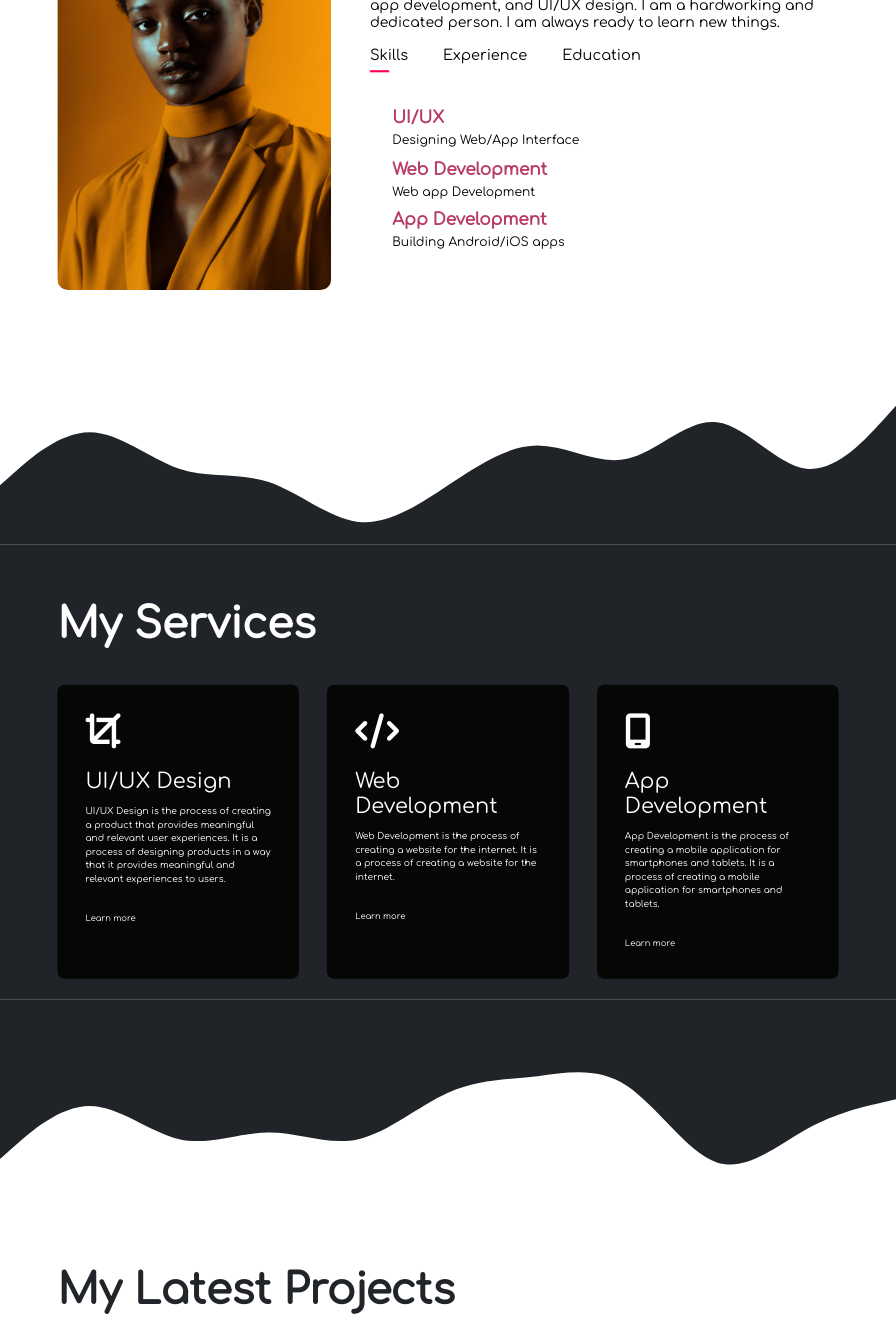
Repository: MMALI3287/Resume
Page: index.html
These files come from the project's save history. The page is drawn as it stood at one moment and after the next save; the edit follows.
The browser window is 1280 px wide. The pictures show the part of the page from y = 3756 to 5676 px (the page is 7121 px tall), at 70% of full size.
Some web libraries are served in a nearby version.

Above is the page before, as saved 2023-07-16 02:20:33.

### index.html
<!DOCTYPE html>
<html lang="en">
  <head>
    <meta charset="UTF-8" />
    <meta name="viewport" content="width=device-width, initial-scale=1.0" />
    <link rel="stylesheet" href="css/bootstrap.css" />
    <link rel="stylesheet" href="css/style.css" />
    <title>Musaddique Ali - Web Development, Programmer </title>
  <link rel="stylesheet" href="css/style.css" />
  <script src="https://kit.fontawesome.com/03ffe29f8b.js" crossorigin="anonymous"></script>
  <!-- Google tag (gtag.js) -->
<script async src="https://www.googletagmanager.com/gtag/js?id=G-VLNF64TM34"></script>
<script>
  window.dataLayer = window.dataLayer || [];
  function gtag(){dataLayer.push(arguments);}
  gtag('js', new Date());

  gtag('config', 'G-VLNF64TM34');
</script>
  </head>
  <body>
    <div id="header">
      <nav class="navbar navbar-expand-lg position-fixed top-0 w-100">
        <div class="container-fluid">
          <a class="navbar-brand logo text-light" href="#">MrMMALI</a>
          <button
            class="navbar-toggler"
            type="button"
            data-bs-toggle="collapse"
            data-bs-target="#navbarNav"
            aria-controls="navbarNav"
            aria-expanded="false"
            aria-label="Toggle navigation"
          >
            <span class="navbar-toggler-icon"></span>
          </button>
          <div class="collapse navbar-collapse" id="navbarNav">
            <ul class="navbar-nav">
              <li class="nav-item">
                <a
                  class="nav-link active text-light"
                  aria-current="page"
                  href="#"
                  >Home</a
                >
              </li>
              <li class="nav-item">
                <a class="nav-link text-light" href="#portfolio">Portfolio</a>
              </li>
              <li class="nav-item">
                <a class="nav-link text-light" href="#expertise">Expertise</a>
              </li>
              <li class="nav-item">
                <a class="nav-link text-light" href="#about">About</a>
              </li>
              <li class="nav-item">
                <a class="nav-link text-light" href="#services">Services</a>
              </li>
              <li class="nav-item">
                <a class="nav-link text-light" href="#projects">Projects</a>
              </li>
            </ul>
          </div>
        </div>
        <div>
          <button
            class="git rounded-0"
          >
            Get in touch
          </button>
        </div>
      </nav>
      <div class="land">
        <div class="header-text">
          <p class="mb-0">MUSADDIQUE ALI</p>
        </div>
        <div class="subheader">
          <p>Software Developer</p>
        </div>
        <div class="sub">
          <p>
            Hello, my name is MD Musaddique Ali Erfan, Nice to meet you <br />
            I would like to welcome you to my personal portfolio.
          </p>
        </div>
      </div>
    </div>
    <div class="abt">
    <svg xmlns="http://www.w3.org/2000/svg" viewBox="0 100 1440 320">
      <path
        fill="#202429"
        fill-opacity="1"
        d="M0,192L48,197.3C96,203,192,213,288,234.7C384,256,480,288,576,256C672,224,768,128,864,122.7C960,117,1056,203,1152,218.7C1248,235,1344,181,1392,154.7L1440,128L1440,0L1392,0C1344,0,1248,0,1152,0C1056,0,960,0,864,0C768,0,672,0,576,0C480,0,384,0,288,0C192,0,96,0,48,0L0,0Z"
      ></path>
    </svg>
    <div class="container" id="portfolio">
      <div class="row">
        <div class="col-md-3">
          <p class="biog">Biography</p>
          <p class="subtext">
            I am Musaddique, A software developer <br />
            From Bangladesh
          </p>
          <p>Contact</p>
          <p class="subtext">
            Rampura,Dhaka <br />erfanali3287@gmail.com <br />+8801793515517
          </p>
          <p>Services</p>
          <p class="subtext bot">
            Website Design <br />Mobile application Development <br />Game
            Development
          </p>
        </div>
        <div class="col-md-6 capbord">
          <div id="capsule"></div>
        </div>
        <div class="col-md-3">
          <p class="biog text-end">Years of Experience</p>
          <p class="subtext2 text-end">2 years</p>
          <p class="text-end">Satisfaction Client</p>
          <p class="subtext2 text-end">100%</p>
          <p class="text-end">Volunteer Works</p>
          <p class="subtext2 text-end">5+</p>
          <p class="text-end">Projects</p>
          <p class="subtext2 text-end">10+</p>
        </div>
      </div>
    </div>
    <svg xmlns="http://www.w3.org/2000/svg" viewBox="0 0 1440 320"><path fill="#202429" fill-opacity="1" d="M0,256L24,229.3C48,203,96,149,144,144C192,139,240,181,288,197.3C336,213,384,203,432,218.7C480,235,528,277,576,272C624,267,672,213,720,202.7C768,192,816,224,864,202.7C912,181,960,107,1008,112C1056,117,1104,203,1152,208C1200,213,1248,139,1296,122.7C1344,107,1392,149,1416,170.7L1440,192L1440,320L1416,320C1392,320,1344,320,1296,320C1248,320,1200,320,1152,320C1104,320,1056,320,1008,320C960,320,912,320,864,320C816,320,768,320,720,320C672,320,624,320,576,320C528,320,480,320,432,320C384,320,336,320,288,320C240,320,192,320,144,320C96,320,48,320,24,320L0,320Z"></path></svg>

    <div class="advantage bg-dark text-center" id="expertise">
      <div class="container">
        <div class="row">
          <p class="mexp">My Expertise</p>
        </div>
        <div class="row">
          <div class="col-md-2">
            <img
              src="assets/images/c-.png"
              height="100px"
              width="100px"
              alt="c++"
            />
            <br />
            <p class="text-light h1 mb-5 mt-5 fw-bold">91%</p>
            <p class="text-light h5 p-5">C++</p>
          </div>
          <div class="col-md-2">
            <img
              src="assets/images/android-icon.svg"
              height="100px"
              width="100px"
              alt="c++"
            /><br />
            <p class="text-light h1 mb-5 mt-5 fw-bold">84%</p>
            <p class="text-light h5 p-5">Android</p>
          </div>
          <div class="col-md-2">
            <img
              src="assets/images/flutterio-icon.svg"
              height="100px"
              width="100px"
              alt="c++"
            /><br />
            <p class="text-light h1 mb-5 mt-5 fw-bold">78%</p>
            <p class="text-light h5 p-5">Flutter</p>
          </div>
          <div class="col-md-2">
            <img
              src="assets/images/unity.png"
              height="100px"
              width="100px"
              alt="c++"
            /><br />
            <p class="text-light h1 mb-5 mt-5 fw-bold">76%</p>
            <p class="text-light h5 p-5">Unity</p>
          </div>
          <div class="col-md-2">
            <img
              src="assets/images/ADBE.svg"
              height="100px"
              width="100px"
              alt="c++"
            /><br />
            <p class="text-light h1 mb-5 mt-5 fw-bold">83%</p>
            <p class="text-light h5 p-5">Adobe</p>
          </div>
          <div class="col-md-2">
            <img
              src="https://upload.wikimedia.org/wikipedia/commons/0/0e/Microsoft_365_%282022%29.svg"
              height="100px"
              width="100px"
              alt="c++"
            /><br />
            <p class="text-light h1 mb-5 mt-5 fw-bold">94%</p>
            <p class="text-light h5 p-5">Office</p>
          </div>
        </div>
      </div>
    </div>
  </div>

    <svg xmlns="http://www.w3.org/2000/svg" viewBox="0 0 1440 320"><path fill="#202429" fill-opacity="1" d="M0,160L48,181.3C96,203,192,245,288,250.7C384,256,480,224,576,197.3C672,171,768,149,864,165.3C960,181,1056,235,1152,250.7C1248,267,1344,245,1392,234.7L1440,224L1440,0L1392,0C1344,0,1248,0,1152,0C1056,0,960,0,864,0C768,0,672,0,576,0C480,0,384,0,288,0C192,0,96,0,48,0L0,0Z"></path></svg>

    <!-- * about -->
  <div id="about">
    <div class="container">
      <div class="rowc">
        <div class="about-col-1">
          <img src="assets/images/capsule.jpg" alt="user" />
        </div>
        <div class="about-col-2">
          <h2 class="sub-title text-dark">About Me</h2>
          <p class="h5 fw-500">
            I am a software developer. I have been working as a software developer for 6 months. I have
            experience in web development, app development, and UI/UX design. I am a hardworking and
            dedicated person. I am always ready to learn new things.
          </p>
          <div class="tab-titles">
            <p class="tab-links active-link" onclick="opentab('skills')">Skills</p>
            <p class="tab-links" onclick="opentab('experience')"">Experience</p>
              <p class=" tab-links" onclick="opentab('education')"">Education</p>
            </div>
            <div class=" tab-contents active-tab" id="skills">
            <ul>
              <li><span>UI/UX</span><br />Designing Web/App Interface</li>
              <li><span>Web Development</span><br />Web app Development</li>
              <li>
                <span>App Development</span><br />Building Android/iOS apps
              </li>
            </ul>
          </div>
          <div class="tab-contents" id="experience">
            <ul>
              <li>
                <span>2022 - Current</span><br />Software Developer Intern at
                TETON Pvt ltd
              </li>
            </ul>
          </div>
          <div class="tab-contents" id="education">
            <ul>
              <li>
                <span>Current</span><br />BSc. from Ahsanullah University of
                Science and Technology
              </li>
              <li>
                <span>2020</span> <br />
                HSC from Saint Joseph Higher Secondary School and College
              </li>
              <li>
                <span>2018</span><br />SSC from Ideal School and College
              </li>
            </ul>
          </div>
        </div>
      </div>
    </div>
  </div>
  <svg xmlns="http://www.w3.org/2000/svg" viewBox="0 0 1440 320"><path fill="#202429" fill-opacity="1" d="M0,224L24,202.7C48,181,96,139,144,138.7C192,139,240,181,288,197.3C336,213,384,203,432,218.7C480,235,528,277,576,282.7C624,288,672,256,720,224C768,192,816,160,864,160C912,160,960,192,1008,181.3C1056,171,1104,117,1152,122.7C1200,128,1248,192,1296,197.3C1344,203,1392,149,1416,122.7L1440,96L1440,320L1416,320C1392,320,1344,320,1296,320C1248,320,1200,320,1152,320C1104,320,1056,320,1008,320C960,320,912,320,864,320C816,320,768,320,720,320C672,320,624,320,576,320C528,320,480,320,432,320C384,320,336,320,288,320C240,320,192,320,144,320C96,320,48,320,24,320L0,320Z"></path></svg>


  <!-- * services -->
  <div id="services">
    <div class="container">
      <h2 class="sub-title">My Services</h2>
      <div class="services-list">
        <div>
          <i class="fa-solid fa-crop"></i>
          <h2>UI/UX Design</h2>
          <p>
            UI/UX Design is the process of creating a product that provides meaningful and relevant user experiences. It is a process of designing products in a way that it provides meaningful and relevant experiences to users.
          </p>
          <a href="#">Learn more</a>
        </div>
        <div>
          <i class="fa-solid fa-code"></i>
          <h2>Web Development</h2>
          <p>
            Web Development is the process of creating a website for the internet. It is a process of creating a website for the internet.
          </p>
          <a href="#">Learn more</a>
        </div>
        <div>
          <i class="fa-solid fa-mobile-screen"></i>
          <h2>App Development</h2>
          <p>
            App Development is the process of creating a mobile application for smartphones and tablets. It is a process of creating a mobile application for smartphones and tablets.
          </p>
          <a href="#">Learn more</a>
        </div>
      </div>
    </div>
  </div>
<svg xmlns="http://www.w3.org/2000/svg" viewBox="0 0 1440 320"><path fill="#202429" fill-opacity="1" d="M0,256L24,234.7C48,213,96,171,144,170.7C192,171,240,213,288,224C336,235,384,213,432,213.3C480,213,528,235,576,224C624,213,672,171,720,149.3C768,128,816,128,864,122.7C912,117,960,107,1008,138.7C1056,171,1104,245,1152,261.3C1200,277,1248,235,1296,208C1344,181,1392,171,1416,165.3L1440,160L1440,0L1416,0C1392,0,1344,0,1296,0C1248,0,1200,0,1152,0C1104,0,1056,0,1008,0C960,0,912,0,864,0C816,0,768,0,720,0C672,0,624,0,576,0C528,0,480,0,432,0C384,0,336,0,288,0C240,0,192,0,144,0C96,0,48,0,24,0L0,0Z"></path></svg>

  <!-- -------------------portfolio------------------- -->
  <div id="portfolio">
    <div class="container">
      <h2 class="sub-title text-dark">My Latest Projects</h2>
      <div class="work-list">
        <div class="work">
          <div class="p-2 rounded-3 border bg-danger"><img src="assets/images/wordmaestro.jpg" height="250px" alt="UX"></div>
          <div class="layer">
            <p class="text-light h1">
              Word Maestro
            </p>
            <p class="text-light h5 mt-3">
              A puzzle game made with C++ for all ages
            </p>
            <a href="https://github.com/MMALI3287/Word-Maestro"><i class="fa-sharp fa-solid fa-up-right-from-square"></i></a>
          </div>
          <p class="h4 mt-4">Word Maestro</p>
          <p class="h6">Game Development with C++</p>
        </div>
        <div class="work">
          <div class="p-2 rounded-3 border bg-danger"><img src="assets/images/resortadmin.jpg"  height="250px"  alt="Web"></div>
          <div class="layer">
            <p class="text-light h1">
              Resort Administration
            </p>
            <p class="text-light h5 mt-3">
              A database application made with MySQL and Java in NetBeans to manage a resort
            </p>
            <a href="https://github.com/MMALI3287/Resort-Administration"><i class="fa-sharp fa-solid fa-up-right-from-square"></i></a>
          </div>
          <p class="h4 mt-4">Resort Administration</p>
          <p class="h6">Software Development with Java</p>
        </div>
        <div class="work">
          <div class="p-2 rounded-3 border bg-danger"> <img src="assets/images/reuse.png"  height="250px"  alt="App"></div>
          <div class="layer">
            <p class="text-light h1">
              ReUse
            </p>
            <p class="text-light h5 mt-3">
              An android application to donate unwanted items to the needy
            </p>
            <a href="https://github.com/MMALI3287/ReUse"><i class="fa-sharp fa-solid fa-up-right-from-square"></i></a>
          </div>
          <p class="h4 mt-4">ReUse</p>
          <p class="h6">Mobile Development with Android</p>
        </div>
      </div>
      <a href="https://github.com/MMALI3287?tab=repositories" class="btnc text-dark">See more</a>
    </div>
  </div>
  <svg xmlns="http://www.w3.org/2000/svg" viewBox="0 20 1440 300"><path fill="#202429" fill-opacity="1" d="M0,128L48,160C96,192,192,256,288,272C384,288,480,256,576,250.7C672,245,768,267,864,240C960,213,1056,139,1152,133.3C1248,128,1344,192,1392,224L1440,256L1440,320L1392,320C1344,320,1248,320,1152,320C1056,320,960,320,864,320C768,320,672,320,576,320C480,320,384,320,288,320C192,320,96,320,48,320L0,320Z"></path></svg>
  <!-- -------------------contact------------------- -->
  <div id="contact">
    <div class="container">
      <div class="row">
        <div class="contact-left">
          <h2 class="sub-title">
            Contact Me
          </h2>
          <p class="text-light"><i class="fa-solid fa-envelope"></i> erfanali3287@gmail.com</p>
          <p class="text-light"><i class="fa-solid fa-phone"></i> +880 1793 515 517</p>
          <p class="text-light"><i class="fa-solid fa-location-dot"></i> Dhaka, Bangladesh</p>
          <div class="social-icons">
            <a href="https://www.facebook.com/musaddique.mmali/"><i class="fa-brands fa-facebook"></i></a>
            <a href="https://twitter.com/MusaddiqueMMALI/"><i class="fa-brands fa-twitter"></i></a>
            <a href="https://www.instagram.com/mdmusaddiquealierfan/"><i class="fa-brands fa-instagram"></i></a>
            <a href="https://www.linkedin.com/in/musaddique-ali/"><i class="fa-brands fa-linkedin"></i></a>
            <a href="https://github.com/MMALI3287/"><i class="fa-brands fa-github"></i></a>
          </div>
          <a href="images/resume.pdf" download class="btnc btn2">Download Resume</a>
        </div>
        <div class="contact-right">
          <form name="submit-to-google-sheet">
            <input type="text" name="Name" placeholder="Your Name" required>
            <input type="email" name="E-Mail" placeholder="Your Email" required>
            <textarea name="Message" rows="6" placeholder="Your Message"></textarea>
            <button type="submit" class="btnc btn2">Send</button>
          </form>
          <span id="msg"></span>
        </div>
      </div>
    </div>
      <div class="copyright">
        <p>Copyright © Musaddique Ali. Thank you for visiting <i class="fas fa-heart"></i></p>
      </div>
    </div>

    <script src="js/bootstrap.js"></script>
    <script src="js/index.js"></script>
  </body>
</html>

Loaded but not shown: css/bootstrap.css (library); js/bootstrap.js (library); js/index.js (35 lines, source omitted); css/style.css (571 lines, source omitted)

After the next save:
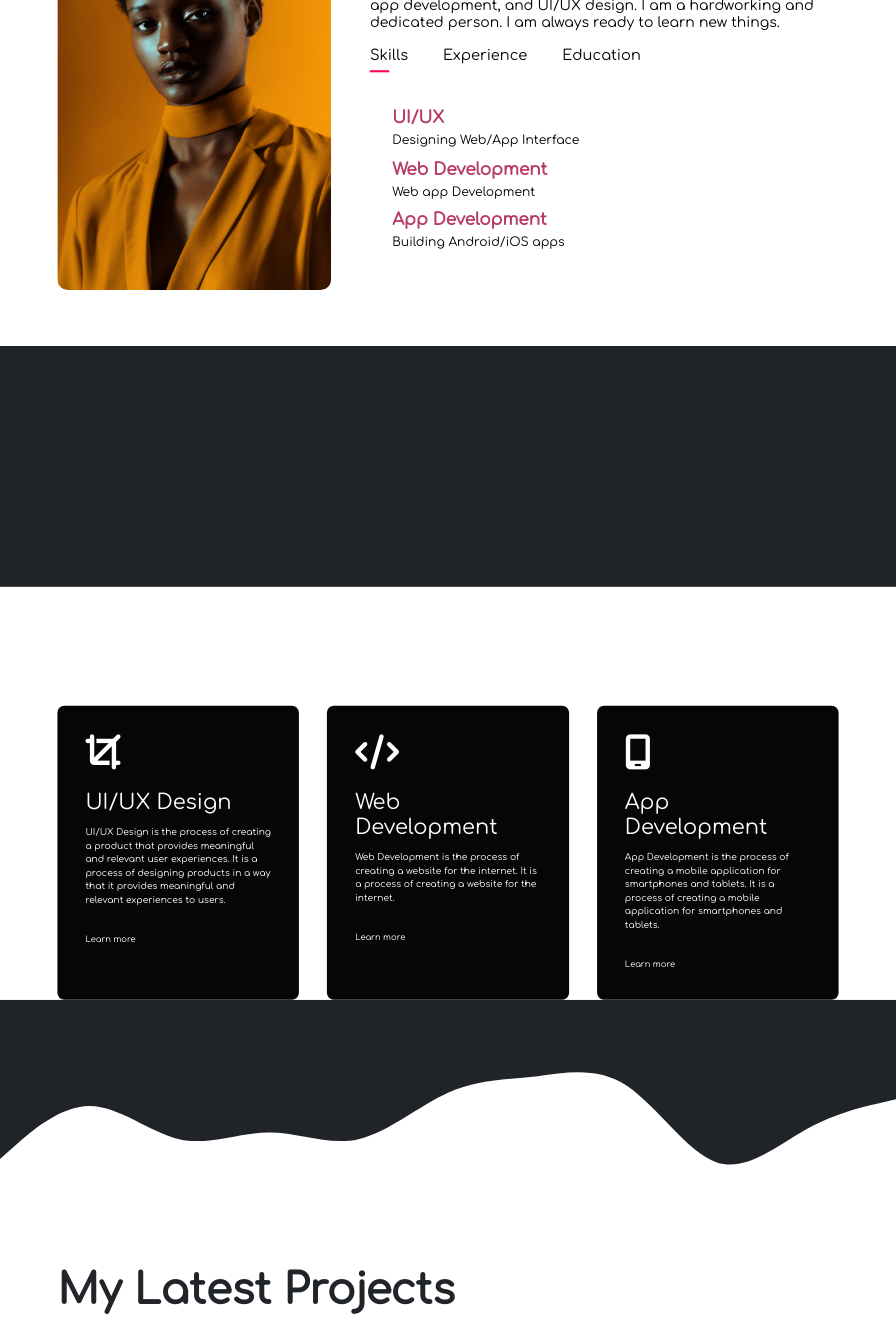
Saved 42 s later.
--- a/index.html
+++ b/index.html
@@ -257,11 +257,11 @@
       </div>
     </div>
   </div>
-  <svg xmlns="http://www.w3.org/2000/svg" viewBox="0 0 1440 320"><path fill="#202429" fill-opacity="1" d="M0,224L24,202.7C48,181,96,139,144,138.7C192,139,240,181,288,197.3C336,213,384,203,432,218.7C480,235,528,277,576,282.7C624,288,672,256,720,224C768,192,816,160,864,160C912,160,960,192,1008,181.3C1056,171,1104,117,1152,122.7C1200,128,1248,192,1296,197.3C1344,203,1392,149,1416,122.7L1440,96L1440,320L1416,320C1392,320,1344,320,1296,320C1248,320,1200,320,1152,320C1104,320,1056,320,1008,320C960,320,912,320,864,320C816,320,768,320,720,320C672,320,624,320,576,320C528,320,480,320,432,320C384,320,336,320,288,320C240,320,192,320,144,320C96,320,48,320,24,320L0,320Z"></path></svg>
+  <svg xmlns="http://www.w3.org/2000/svg" id="services" viewBox="0 0 1440 320"><path fill="#202429" fill-opacity="1" d="M0,224L24,202.7C48,181,96,139,144,138.7C192,139,240,181,288,197.3C336,213,384,203,432,218.7C480,235,528,277,576,282.7C624,288,672,256,720,224C768,192,816,160,864,160C912,160,960,192,1008,181.3C1056,171,1104,117,1152,122.7C1200,128,1248,192,1296,197.3C1344,203,1392,149,1416,122.7L1440,96L1440,320L1416,320C1392,320,1344,320,1296,320C1248,320,1200,320,1152,320C1104,320,1056,320,1008,320C960,320,912,320,864,320C816,320,768,320,720,320C672,320,624,320,576,320C528,320,480,320,432,320C384,320,336,320,288,320C240,320,192,320,144,320C96,320,48,320,24,320L0,320Z"></path></svg>
 
 
   <!-- * services -->
-  <div id="services">
+  <div>
     <div class="container">
       <h2 class="sub-title">My Services</h2>
       <div class="services-list">
